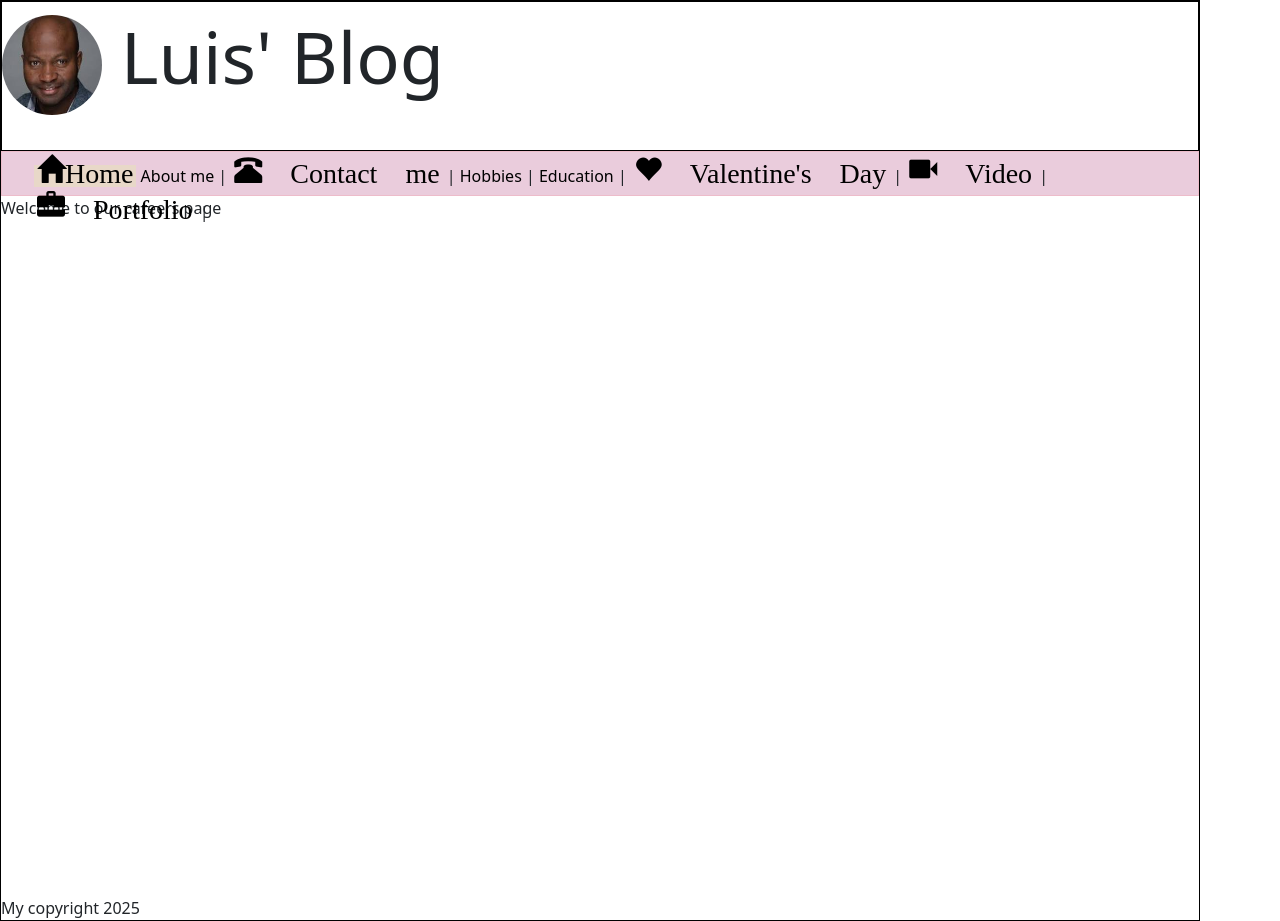
Repository: Apex-03/Apex-03.github.io
Page: careers.html
The author's editor kept a copy of each file at every save. The page is drawn from the files as they stood at one save, then again after the next save.
The browser window is 1280 px wide. The pictures show the whole page.

Above is the page before, as saved 2025-05-02 14:00:05.

### careers.html
<!doctype html>
<html lang="en-GB">

<head>
<meta charset="utf-8" />
<meta name="viewport" content="width=width-device, initial-scale=1 strink-to-fit=no" />
<meta description="Website development, Web design" />
<title>Luis's Blog </title>
<link rel="stylesheet" type="text/css" href="mycss/myblog.css" />
<script type="text/javascript" src="myjsfiles/mytasks.js"/> </script>

<link rel="stylesheet" type="text/css" href="my_bootstrap/css/bootstrap.min.css" />

<link rel="stylesheet" type="text/css" href="glyphicons-only-bootstrap/css/bootstrap.min.css" />

<script type="text/javascript" src="my_bootstrap/js/bootstrap.min.js" /> </script>

<script type="text/javascript" src="my_jquery/jquery-3.7.1.min.js" /> </script>




</head>
<body>
<div id="mypage">
<div id="banner"> <img src="images/luis_photo.jpg" alt="photo of Luis Ibhiabor" width="100" height="100"/> Luis' Blog</div>
<div id="topnav">
<ul>
<li class="hm"> <a href="#" class="glyphicon glyphicon-home gi-2x">Home</a></li>
<li> <a href="#"> About me </a> </li> |
<li> <a href="#" class="glyphicon glyphicon-phone-alt gi-2x"> Contact me </a> </li> |
<li> <a href="#"> Hobbies </a> </li> |
<li> <a href="#"> Education </a> </li> |
<li> <a href="#" class="glyphicon glyphicon-heart gi-2x"> Valentine's Day</a> </li> |
<li> <a href="#" class="glyphicon glyphicon glyphicon-facetime-video gi-2x"> Video </a> </li> |
<li> <a href="#" class="glyphicon glyphicon glyphicon-briefcase gi-2x"> Portfolio </a> </li> |


</ul>
</div>

<div id="contentarea">
<p> Welcome to our careers page</p>



 </div>

<div id="pagefooter"> My copyright 2025 </div>

</div>
</body>
</html>

### mycss/myblog.css

body {
background-color: #fff;
font-family: Arial, Helvetica, sans-serif;
}

#mypage {
border: 1px solid #000;
width: 1200px;
}

#banner {
height: 150px;
border: 1px solid #000;
}

#topnav {
height: 45px;
border: 1px solid #edbcca;
}

/*Improving it starts here*/
#topnav {
background-color: #eaccdc;

}

.gi-2x{font-size: 28px; padding: 3px;}
.gi-3x{font-size: 3em;}
.gi-4x{font-size: 4em;}
.gi-5x{font-size: 5em;}


#banner img {
border-radius: 50%;

/*height: 100px; width: 100px; background-color: #ff5733; margin: auto;*/
}

/*Improving it ends here*/


#topnav ul li{
text-decoration: none;
display: inline;
}

#topnav a:link {
text-decoration: none;
color: #000;
}

#topnav a:visited {
color: #caadce;
}

#topnav a:hover {
background-color: #000;
}

#contentarea {
height: 700px;

}


#banner {
font-size: 450%;

}

.hm {
height: 25px;
background-color: #e8d8c8;
}










/*
#topnav ul li {
text-decoration: none;
display: inline;

}

https://developers.google.com/fonts/docs/getting_started

#mypage {


border: 1px solid #000;
}

*/

.company_profile {
    width: 100%;
    height: 250px;
    background-color: #c8def2;
}

### myjsfiles/mytasks.js
/*
document.write("Hello World!");
window.alert("Welcome to my blog!");
*/

Loaded but not shown: my_bootstrap/css/bootstrap.min.css (library); glyphicons-only-bootstrap/css/bootstrap.min.css (library); my_bootstrap/js/bootstrap.min.js (library); my_jquery/jquery-3.7.1.min.js (library)

After the next save:
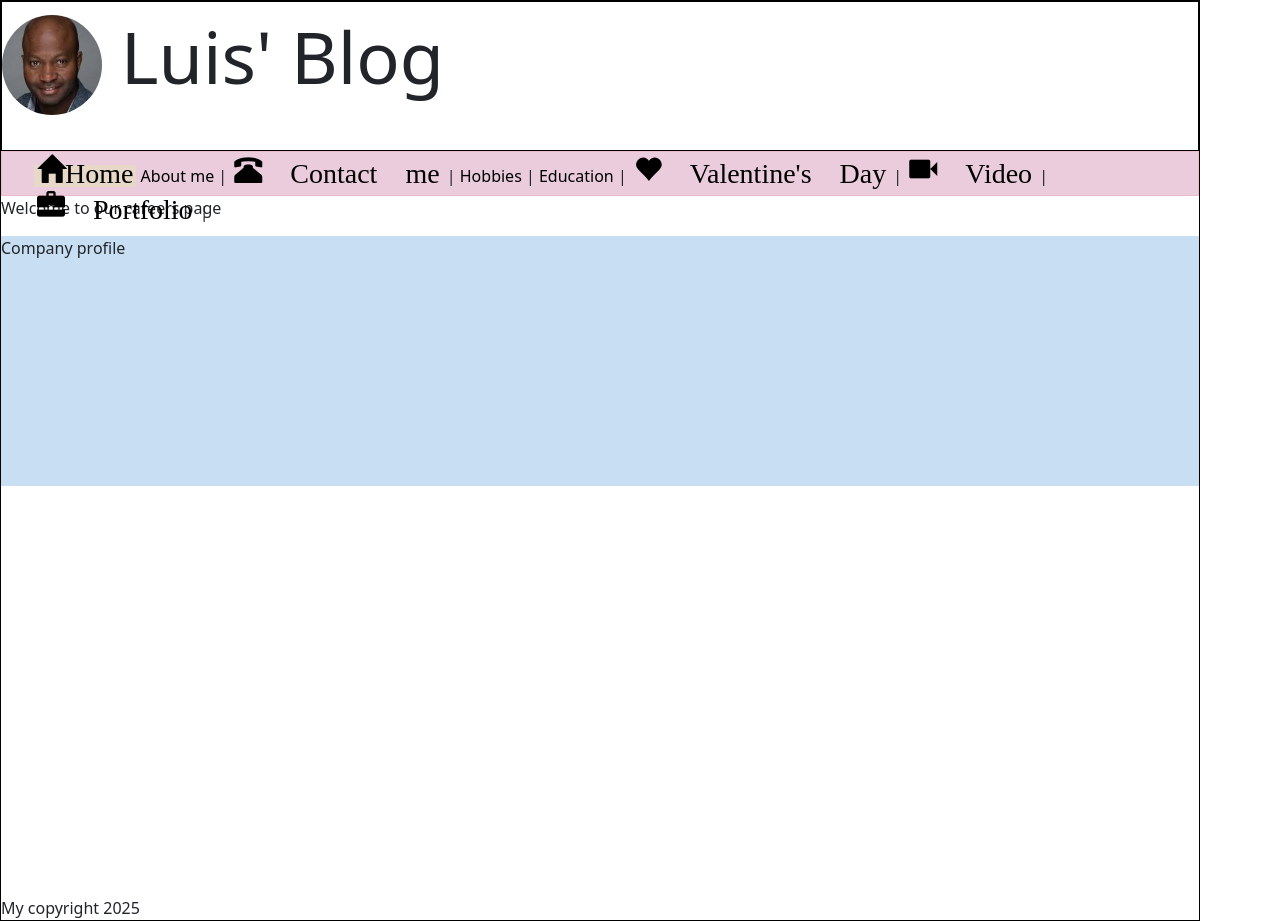
Saved 19 s later.
--- a/careers.html
+++ b/careers.html
@@ -42,6 +42,9 @@
 <div id="contentarea">
 <p> Welcome to our careers page</p>
 
+<div class="company_profile"><p>Company profile</p></div>
+
+
 
 
  </div>
